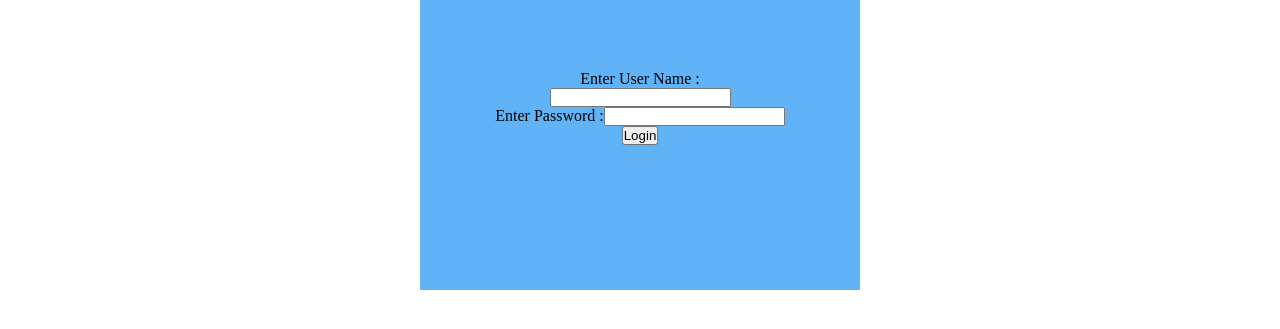
Repository: MyselfAman/Login_Page_Servlet
Page: http://localhost/Login_Page/login.jsp
An editor plug-in stored every save of this project. The page is shown before and after a run of saves, followed by the edit.
The browser window is 1280 px wide. The pictures show the whole page.
The page is served by Tomcat 9. Other server files are loaded and not shown.

Above is the page before, as saved 2019-08-08 04:01:02.

### Login_Page/WebContent/login.jsp
<%@ page language="java" contentType="text/html; charset=ISO-8859-1"
    pageEncoding="ISO-8859-1"%>
<!DOCTYPE html>
<html>
<head>
<meta charset="ISO-8859-1">
<title>LearnToCode | Login</title>
 <link href="style.css" rel="stylesheet" type="text/css">
</head>
<body>


	<form action="login" class="login">
	 Enter User Name :<input type="text" name="username" ><br>
	  Enter Password :<input type="password" name="password"><br>
	  <input type="submit" value="Login">
	</form>
</body>
</html>

### Login_Page/WebContent/style.css
@charset "ISO-8859-1";


*{
	margin:0px;
	padding:0px;
}

body{

}

.login{
	margin: auto auto;
	text-align: center;
	background-color:#5fb3f6;
	height:150px;
	width: 300px;
	padding: 70px;

}

After the next 2 saves:
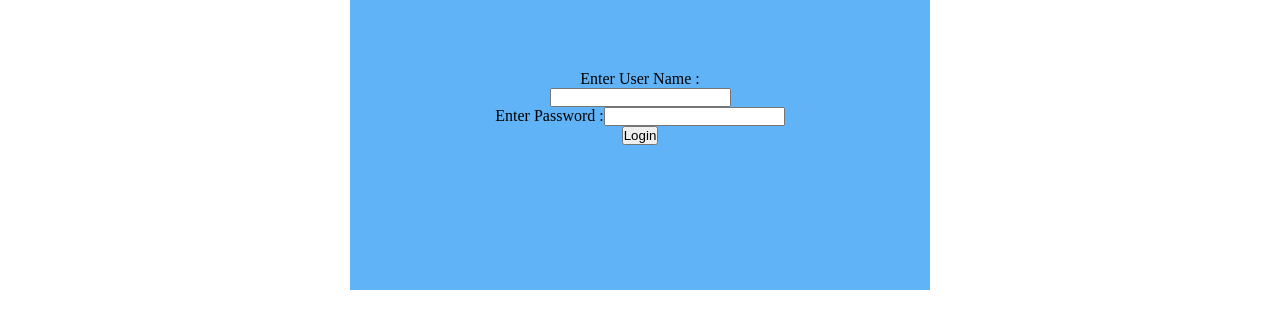
The 2 saves are shown as one change because they came seconds apart.
The last was saved 14 s later.
--- a/Login_Page/WebContent/style.css
+++ b/Login_Page/WebContent/style.css
@@ -16,6 +16,6 @@ body{
 	background-color:#5fb3f6;
 	height:150px;
 	width: 300px;
-	padding: 70px;
+	padding: 70px 140px;
 
 }
